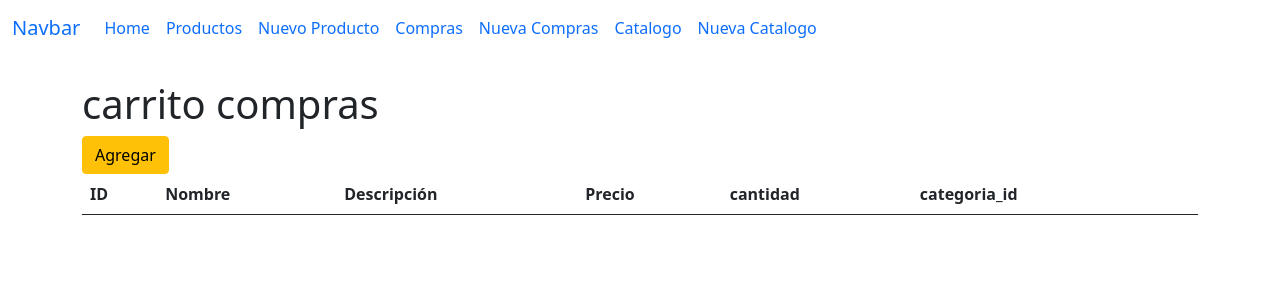
Repository: pedromv753/lp2
Page: http://localhost/listarproductos
These files come from the project's save history. The page is drawn as it stood at one moment and after the next save; the edit follows.
The browser window is 1280 px wide. The pictures show the whole page.
The page is this project's Thymeleaf template; nobody is signed in. The template is opened directly, without the code that normally fills it, so the values that code supplies are empty.

Above is the page before, as saved 2023-10-26 02:36:45.

After the next save:
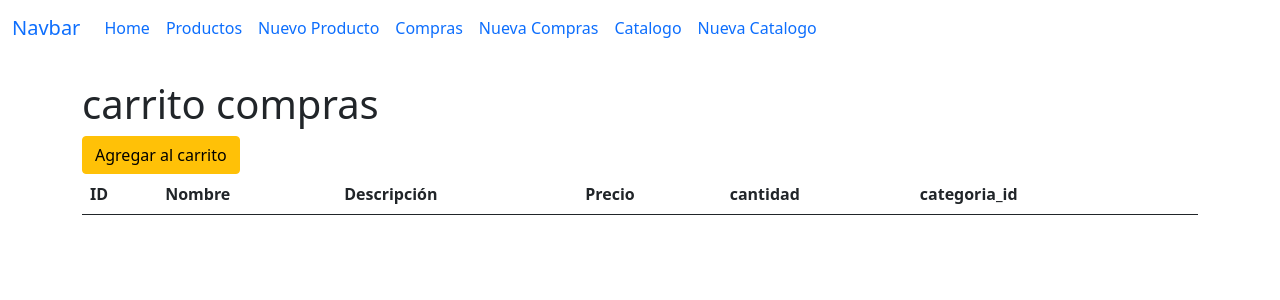
Saved 17 s later.
--- a/examenpedromamanivalle/tienda/src/main/resources/templates/listarproductos.html
+++ b/examenpedromamanivalle/tienda/src/main/resources/templates/listarproductos.html
@@ -41,7 +41,7 @@
 
 	<div class="container mt-4">
 		<h1>carrito compras</h1>
-		<a href="nuevo" class="btn btn-warning">Agregar</a>
+		<a href="nuevo" class="btn btn-warning">Agregar al carrito</a>
 		<!-- Agrega una tabla con estilos de Bootstrap -->
 		<table class="table table-striped">
 			<thead>
